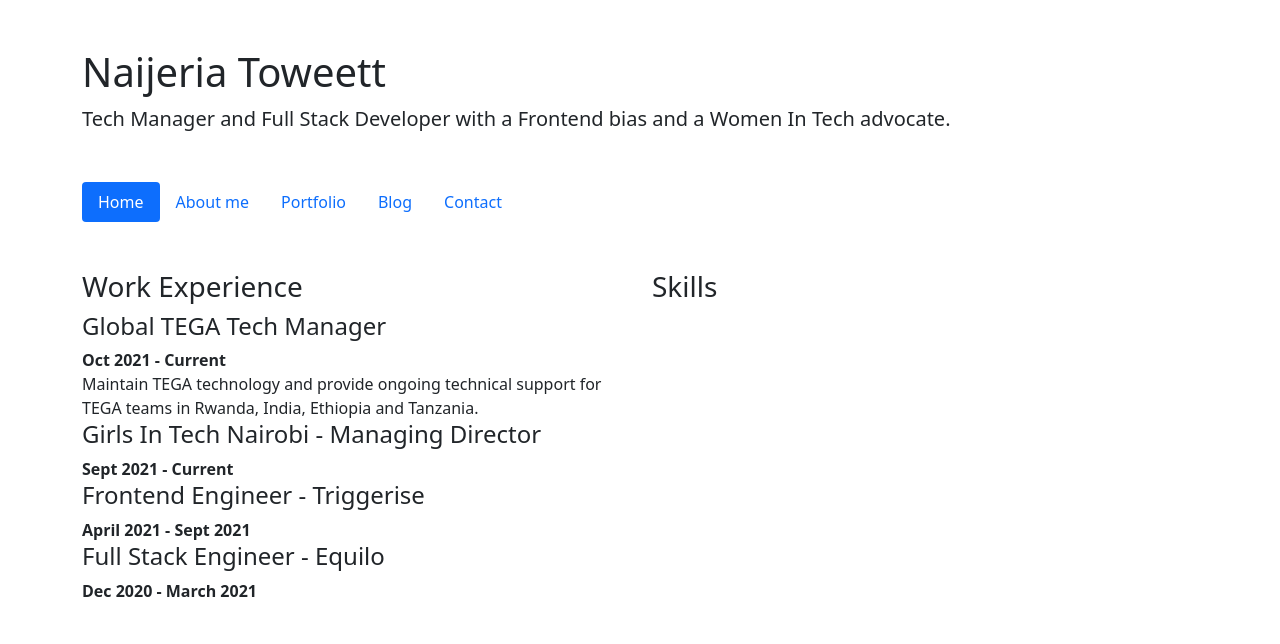
Repository: mamatechafrica/portfolio
Page: index.html
An editor plug-in stored every save of this project. The page is shown before and after a run of saves, followed by the edit.
The browser window is 1280 px wide. The pictures show the whole page.

Above is the page before, as saved 2022-01-04 14:08:12.

After the next 4 saves:
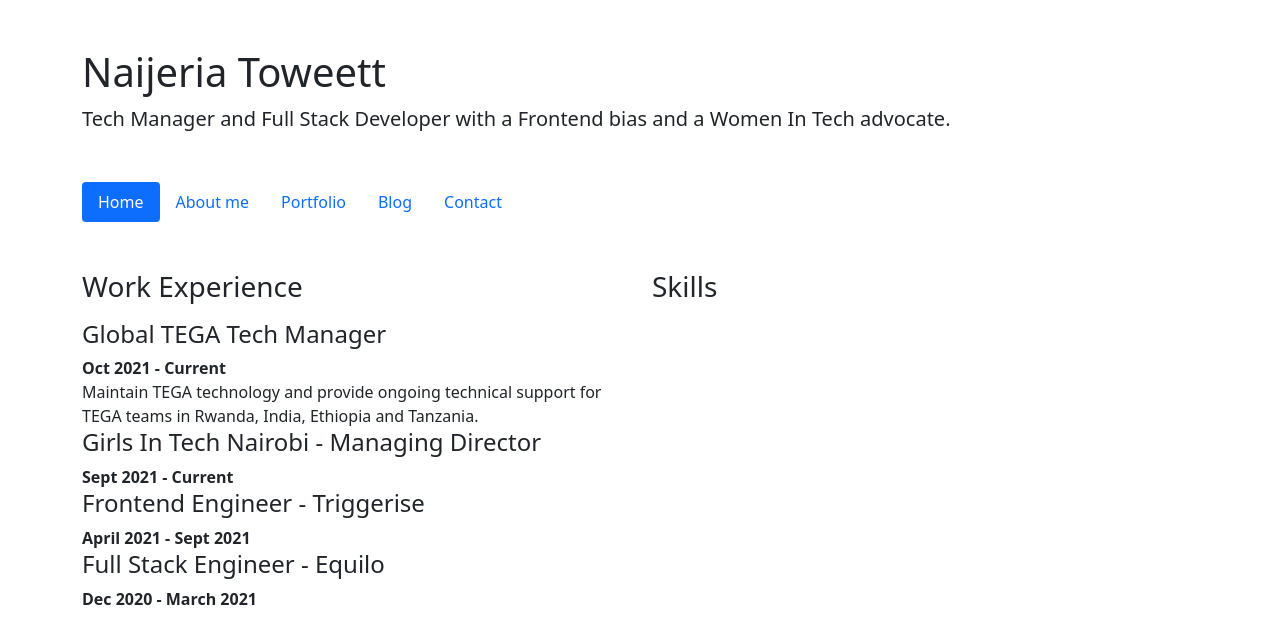
The 4 saves are shown as one change because they came seconds apart.
The last was saved 62 s later.
--- a/index.html
+++ b/index.html
@@ -43,7 +43,7 @@
         <div class="container mt-5">
             <div class="row">
                 <div class="col">
-                    <h3>Work Experience</h3>
+                    <h3 class="mb-xl-3">Work Experience</h3>
                     <h4>Global TEGA Tech Manager</h4>
                     <div>
                         <strong>Oct 2021 - Current</strong>
